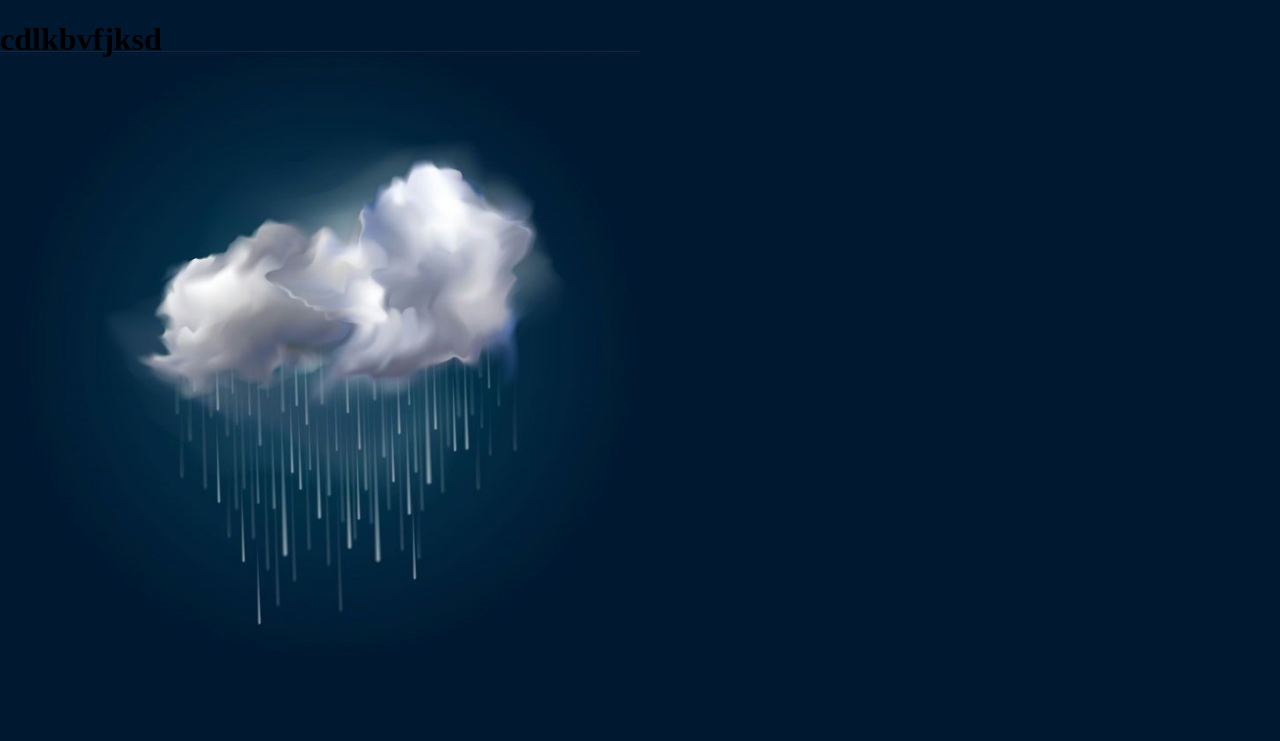
Repository: fateme81yosefi/weather
Page: landing/Landing.html
The author's editor kept a copy of each file at every save. The page is drawn from the files as they stood at one save, then again after the next save.
The browser window is 1280 px wide. The pictures show the whole page.

Above is the page before, as saved 2025-02-02 16:37:16.

After the next save:
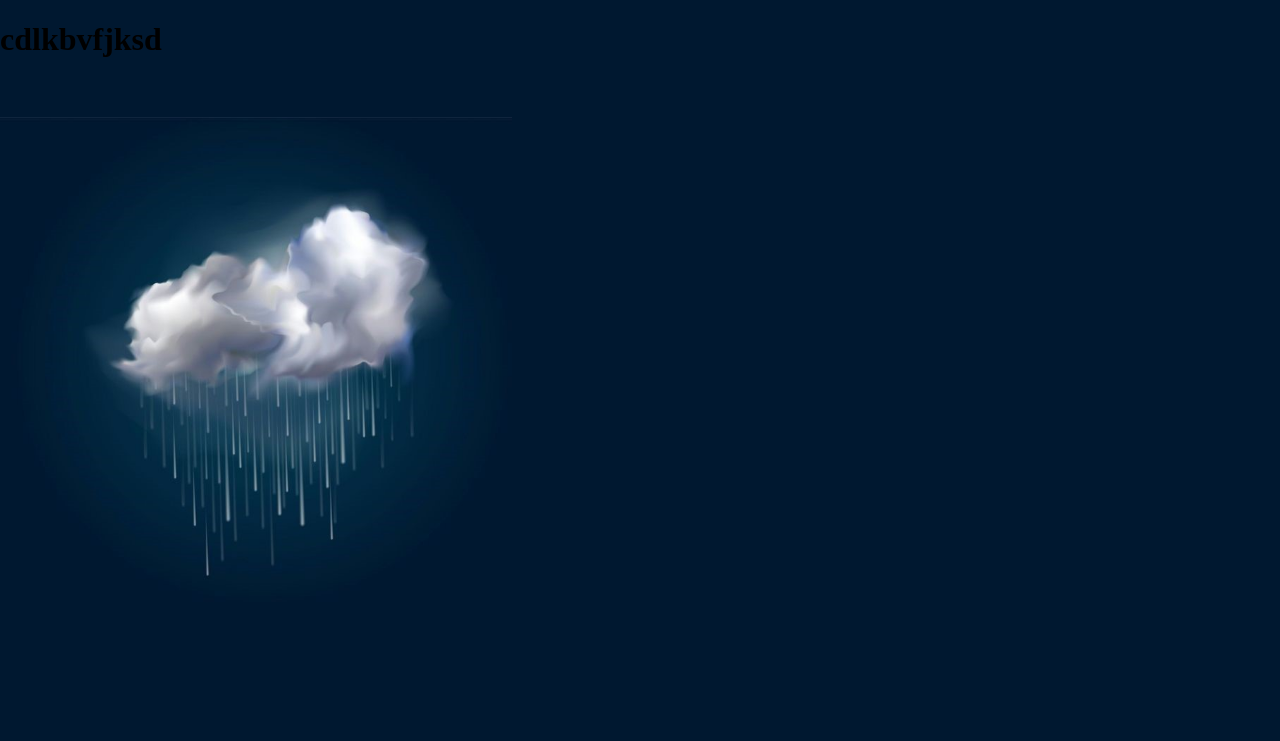
Saved 9 s later.
--- a/landing/style/landing.css
+++ b/landing/style/landing.css
@@ -7,7 +7,7 @@ body {
 .container-landing {
   background-image:url("../images/bg.jpg");
   background-position: left;
-  background-size: 50%;
+  background-size: 40%;
   background-repeat: no-repeat;
   height: 100vh;
   margin: 0;
